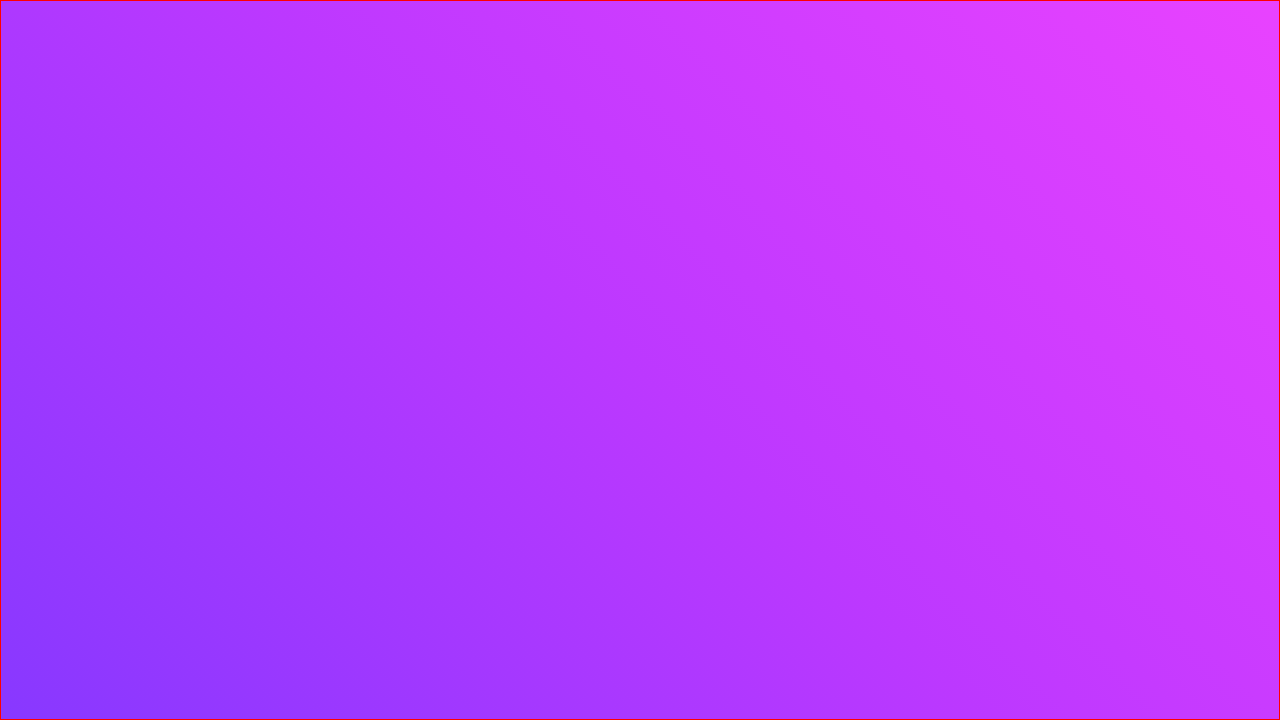
Repository: KamoliddinGIT/chat-app-css-illustration
Page: index.html
An editor plug-in stored every save of this project. The page is shown before and after the next save, followed by the edit.
The browser window is 1280 px wide. The pictures show the whole page.

Above is the page before, as saved 2023-09-25 16:14:26.

After the next save:
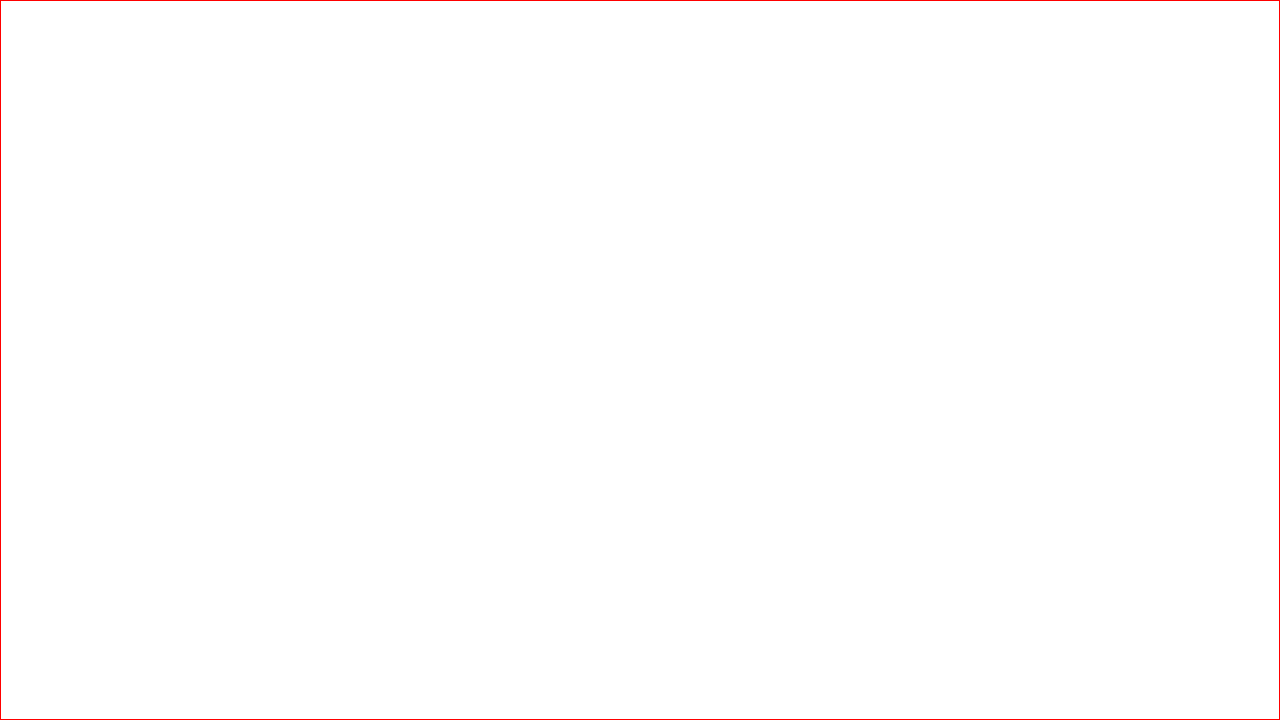
Saved 6 s later.
--- a/css/style.css
+++ b/css/style.css
@@ -11,10 +11,5 @@
   justify-content: center;
   align-items: center;
   border: 1px solid red;
-  background-image: linear-gradient(
-    45deg,
-    hsl(264deg 100% 61%) 0%,
-    hsl(280deg 100% 61%) 50%,
-    hsl(293deg 100% 63%) 100%
-  );
+  background-color: white;
 }
